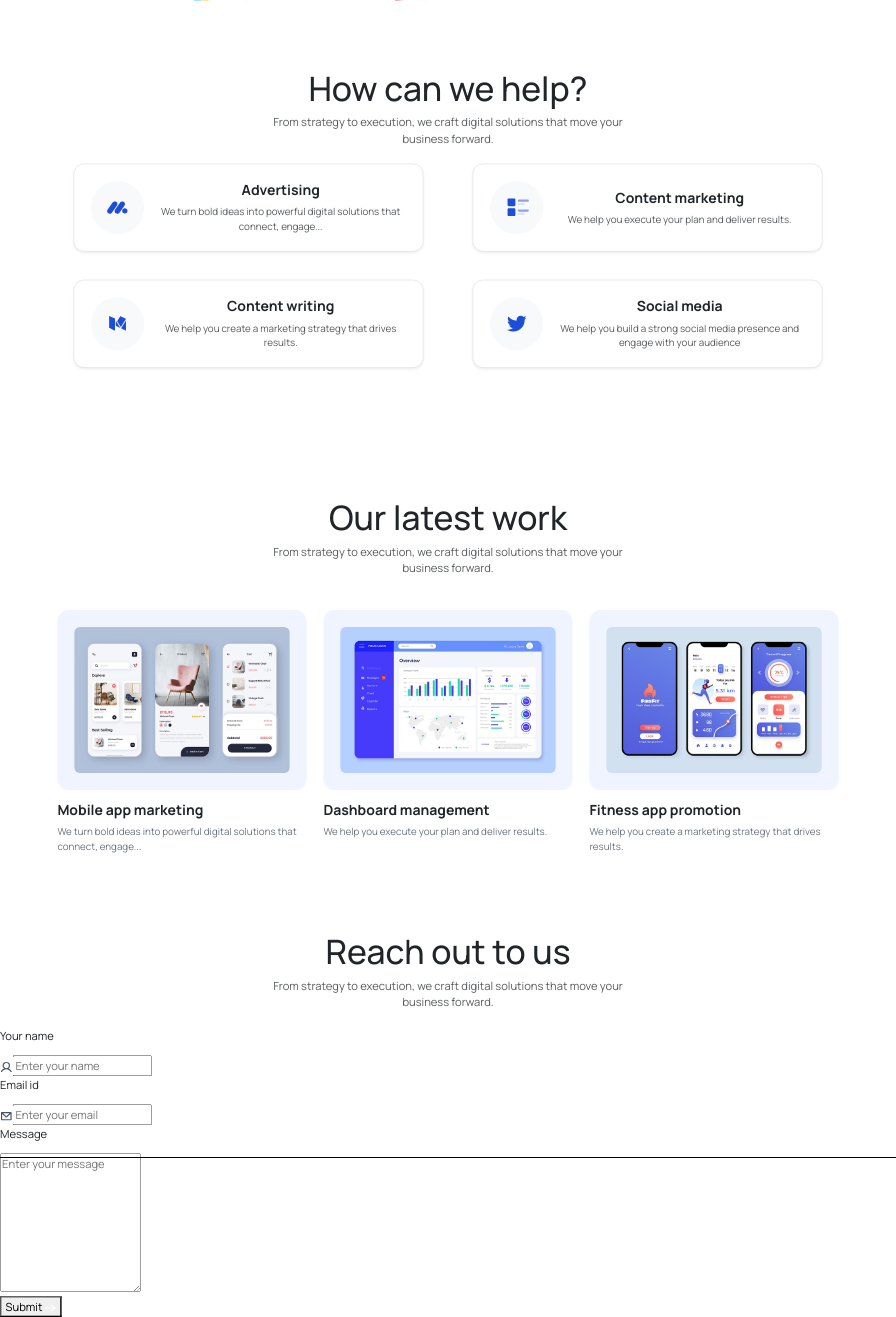
Repository: RAMADAN975/modern-agency-portfolio
Page: /
The author's editor kept a copy of each file at every save. The page is drawn from the files as they stood at one save, then again after the next save.
The browser window is 1280 px wide. The pictures show the part of the page from y = 1251 to 3171 px (the page is 3133 px tall before and 3171 px after), at 70% of full size.
The project was rebuilt for these pictures with package versions that can differ from the ones it lists, and the page was loaded fresh each time. Also part of the build but not shown: vite.config.js.

Above is the page before, as saved 2026-03-24 00:55:58.

After the next save:
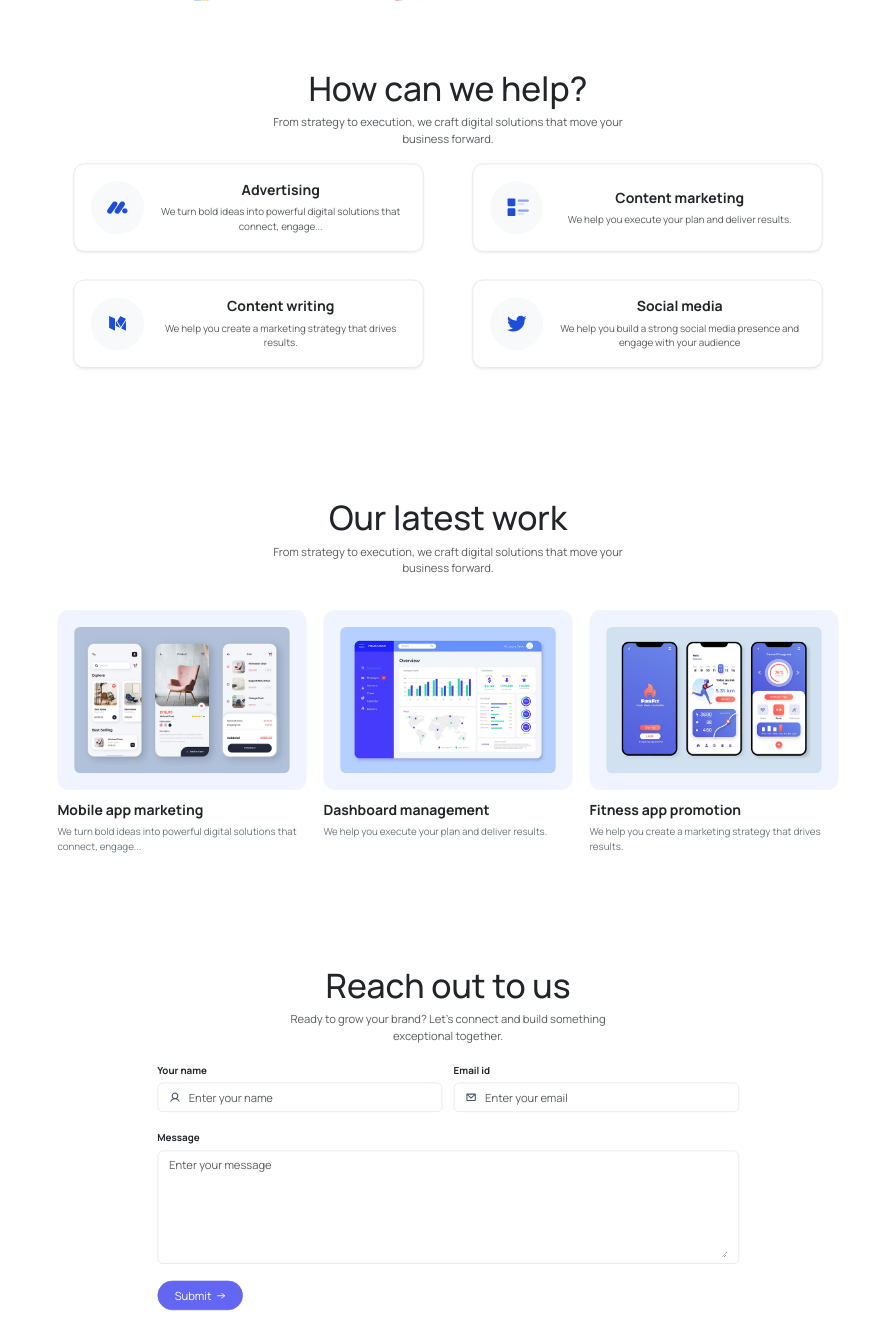
Saved 8 min 47 s later.
--- a/src/Components/ContactUs.jsx
+++ b/src/Components/ContactUs.jsx
@@ -1,13 +1,13 @@
-import toast from 'react-hot-toast';
+import React from 'react'
+import toast from 'react-hot-toast'
 import assets from '../assets/assets'
 import Title from './Title'
 
 const ContactUs = () => {
 
-    const onSubmit = async () => {
+    const onSubmit = async (event) => {
         event.preventDefault();
         const formData = new FormData(event.target);
-
         formData.append("access_key", "d46c74ce-71fa-4bab-88cd-a5b913f14df0");
 
         try {
@@ -15,9 +15,7 @@
                 method: "POST",
                 body: formData
             });
-
             const data = await response.json();
-
             if (data.success) {
                 toast.success('Thank you for your submission!')
                 event.target.reset();
@@ -27,38 +25,50 @@
         } catch (error) {
             toast.error(error.message)
         }
-
     }
 
     return (
-        <div id='contact-us' className=''>
-            <Title title='Reach out to us' desc='From strategy to execution, we craft digital solutions that move your business forward.' />
-            <form onSubmit={onSubmit} className=''>
-                <div>
-                    <p className=''>Your name</p>
-                    <div className=''>
-                        <img src={assets.person_icon} alt="" />
-                        <input name='name' type="text" placeholder='Enter your name' className='' required />
-                    </div>
+        <div id='contact-us' className="container py-5">
+            <Title title='Reach out to us' desc='Ready to grow your brand? Let’s connect and build something exceptional together.' />
+
+            <div className="row justify-content-center mt-4">
+                <div className="col-lg-9">
+                    <form onSubmit={onSubmit}>
+                        {/* الصف الأول: الاسم والإيميل */}
+                        <div className="row g-3 mb-4">
+                            <div className="col-md-6 text-start">
+                                <label className="form-label small fw-bold">Your name</label>
+                                <div className="d-flex align-items-center border rounded-3 px-3 bg-white">
+                                    <img src={assets.person_icon} alt="" style={{ width: '16px' }} />
+                                    <input name='name' type="text" placeholder='Enter your name' className="form-control border-0 shadow-none py-2" required />
+                                </div>
+                            </div>
+                            <div className="col-md-6 text-start">
+                                <label className="form-label small fw-bold">Email id</label>
+                                <div className="d-flex align-items-center border rounded-3 px-3 bg-white">
+                                    <img src={assets.email_icon} alt="" style={{ width: '16px' }} />
+                                    <input name='email' type="email" placeholder='Enter your email' className="form-control border-0 shadow-none py-2" required />
+                                </div>
+                            </div>
+                        </div>
+
+                        {/* الصف الثاني: الرسالة */}
+                        <div className="mb-4 text-start">
+                            <label className="form-label small fw-bold">Message</label>
+                            <div className="border rounded-3 px-3 py-2 bg-white">
+                                <textarea name='message' rows={6} placeholder='Enter your message' className="form-control border-0 shadow-none p-0" required />
+                            </div>
+                        </div>
+
+                        {/* زر الإرسال */}
+                        <div className="text-start">
+                            <button type="submit" className="btn btn-primary rounded-pill px-4 py-2 d-flex align-items-center gap-2" style={{ backgroundColor: '#6366f1', borderColor: '#6366f1' }}>
+                                Submit <img src={assets.arrow_icon} alt="" style={{ width: '12px', filter: 'brightness(0) invert(1)' }} />
+                            </button>
+                        </div>
+                    </form>
                 </div>
-
-                <div>
-                    <p className=''>Email id</p>
-                    <div className=''>
-                        <img src={assets.email_icon} alt="" />
-                        <input name='email' type="text" placeholder='Enter your email' className='' required />
-                    </div>
-                </div>
-
-                <div className=''>
-                    <p className=''>Message</p>
-                    <textarea name='message' rows={8} placeholder='Enter your message' className='' required />
-                </div>
-
-                <button type="submit" className=''>
-                    Submit  <img src={assets.arrow_icon} alt="" className='' />
-                </button>
-            </form>
+            </div>
         </div>
     )
 }
